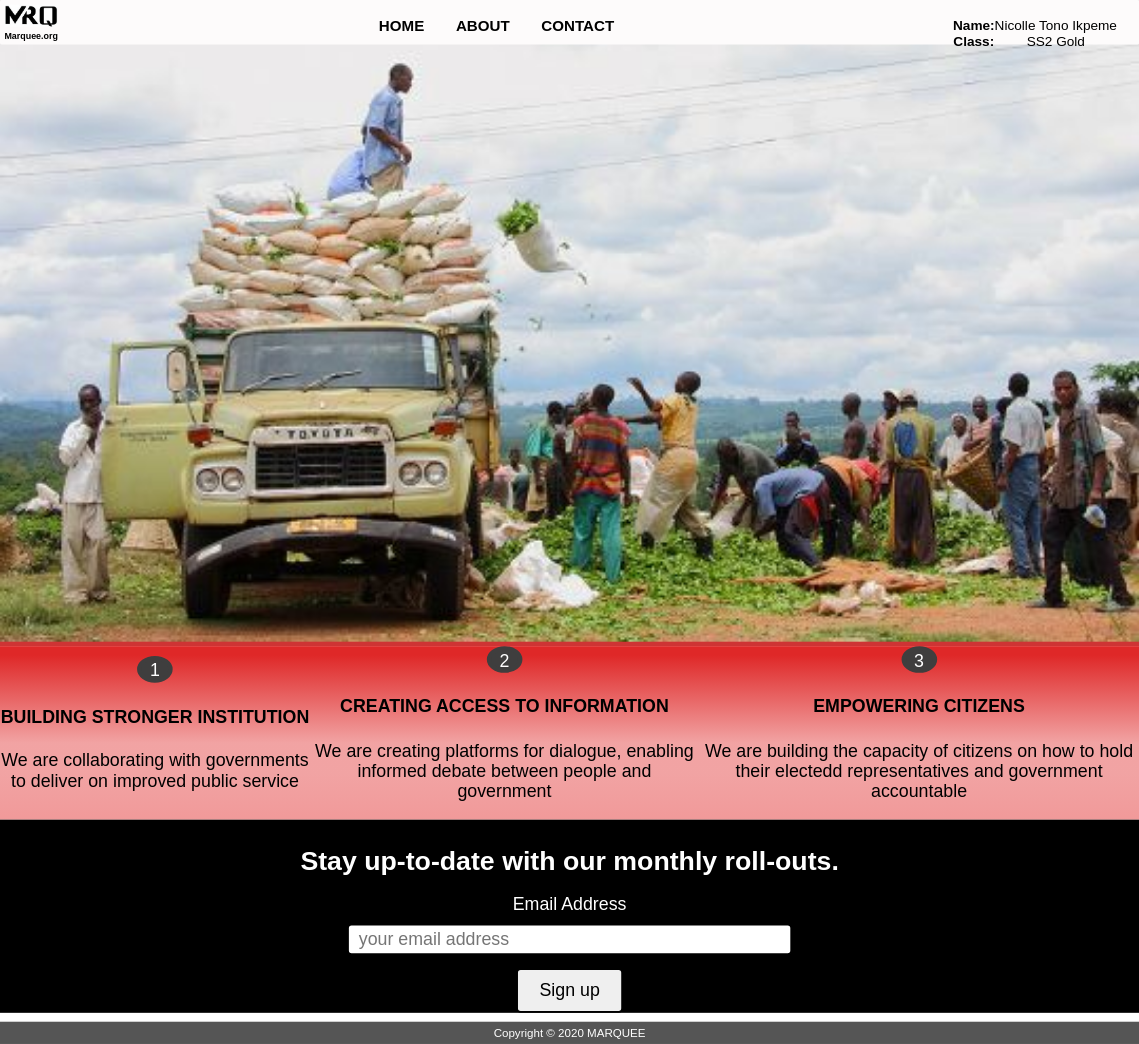
Repository: pboi18/Marquee.org
Page: home.html
These files come from the project's save history. The page is drawn as it stood at one moment and after the next save; the edit follows.
The browser window is 1280 px wide. The pictures show the whole page, at 89% of full size.

Above is the page before, as saved 2020-07-11 23:27:22.

### home.html
<!DOCTYPE html>
<html>
    <head>
        <meta charset="utf-8">
        <link rel="icon" type="image/png" sizes="16x16" href="img/logo.png">
        <title>Marquee</title>

        <link rel="stylesheet" href="style.css" >
        <link rel="stylesheet" href="normalize.css">
        <link rel="stylesheet" href="Grid.css">


    </head>

    <body>
        <div class="main">
            <header>
                <nav>
                    <div class="navbar">
                        <div class="logo">
                            <img src="img/logo2.jpg" alt="MARQUEE" style="width: 60px; height: 25px;">
                            <p style="font-weight:bold; font-size: x-small; margin: 0px;">Marquee.org</p>
                        </div>



                        <ul class="main-nav">
                            <li>
                                <a href="home.html">
                                    Home
                                </a>
                            </li>

                            <li>
                                <a href="about.html">
                                    ABOUT
                                </a>
                            </li>

                            <li>
                                <a href="contact.html">
                                    CONTACT
                                </a>
                            </li>

                            <li style="float: right;">
                                <table class="id">
                                    <tr>
                                        <th>Name:</th>
                                        <td> Nicolle Tono Ikpeme</td>
                                    </tr>

                                    <tr>
                                        <th>Class:</th>
                                        <td> SS2 Gold</td>
                                    </tr>

                                </table>
                            </li>

                        </ul>

                        </div>
                </nav>

                <div style="background-color: rgb(206, 52, 52)">
                    <img src="img/home.jpg" alt="Farmers" style="width: 100%; margin: 0px; height: 100%;">
                </div>

                <table class="wup">
                    <tr>
                        <td style="width: auto;" class="span-1-of-3">
                            <div class="cover">
                                <p class="numb">1</p>
                                <h4 style="text-align: center;  ;">BUILDING STRONGER INSTITUTION</h4>
                                <p style="text-align: center; font-size: 20px; ">We are collaborating with governments to deliver on improved public service</p>
                            </div>
                        </td>

                        <td style="width: auto;" class="span-1-of-3">
                            <div class="cover">
                                <p class="numb">2</p>
                                <h4 style="text-align: center;">CREATING ACCESS TO INFORMATION</h4>
                                <p style="text-align: center; font-size: 20px;">We are creating platforms for dialogue, enabling informed debate between people and government</p>
                            </div>
                        </td>

                        <td style="width: auto;" class="span-1-of-3">
                            <div class="cover">
                                <p class="numb">3</p>
                                <h4 style="text-align: center;">EMPOWERING CITIZENS</h4>
                                <p style="text-align: center; font-size: 20px;">We are building the capacity of citizens on how to hold their electedd representatives and government accountable</p>
                            </div>
                        </td>
                    </tr>
                </table>
            </header>

            <section style="margin-bottom: 10px; background-color: black;" >
                <div class="sec">
                    <h2 style="color: white; padding-top: 30px; padding-bottom: 10px; margin: 0;">Stay up-to-date with our monthly roll-outs.</h2>

                    <form style="text-align: center;">
                    <label style="color: white;">Email Address</label>
                    <input type="email" name="email" placeholder="  your email address" style=" width: 500px; margin: auto; margin-bottom: 15px;" required>
                    <button type="submit" value="SIGN UP" name="sign up" style="width: 120px; height: 50px;">Sign up</button>
                    </form>
                </div>
            </section>
        </div>

        <footer style=" background-color: #555;">
            <P style="color: white; text-align: center; margin: auto; font-size: small; padding: 5px;">
                Copyright &copy; 2020 MARQUEE
            </P>
        </footer>
    </body>
</html>

### style.css
* {
    margin: o;
    padding: 0;
    box-sizing: border-box;
}

html {
    background-color: #fff;
    max-width: 100%;
    font-size: 20px;
    font-weight: 300;
    font-family: Arial, Helvetica, sans-serif;
    text-rendering: optimizeLegibility;
}



h1 {
    margin: 0;
}

label {
    display: block;
    padding: 10px;
}

input {
    display: block;
    width: 100%;
    height: 35px;
    border-radius: 5px;
    border: 2px #000 solid;
}

button {
    border-radius: 5px;
    border: 2px #000 solid;
}

textarea {
    display: block;
    height: 100px;
    width: 100%;
    border: 2px #000 solid;
    border-radius: 5px;
}
/* header {
    background-image: linear-gradient( rgba(0, 0, 0, 0.4), rgba(0, 0, 0, 0.4)), url(img/home.jpg);
    height: 100vh;
    background-size: cover;
    background-position: center;
} */


.logo {
    height: 40px;
    width: 60px;
    float: left;
    margin: 5px;
}

.main-nav {
    list-style: none;
    margin: auto;
    margin-top: 10px;
    text-align: center;


}

.main-nav li {
    display: inline-block;
    margin: 10px 15px;
    font-size: 85%;

}

.main-nav li a:link,
.main-nav li a:visited {
    color: #000;
    text-decoration: none;
    text-transform: uppercase;
    font-weight: bold;
    padding: 3px 0px;
    border-bottom: 3px solid transparent;
    transition: border-bottom 0.2s;
}

.main-nav li a:hover,
.main-nav li a:active {
    border-bottom: 3px solid rgb(158, 0, 0);
}
.id {
    display: inline;
    padding: 10px;
    font-size: 90%;
}

.navbar {
    height: 50px;
    width: 100%;
    display: inline-block;
    border-radius: 2px;
    box-shadow: 0px 3px -1px 2px rgb(190, 189, 189);
    position: fixed;
    background-color: rgb(253, 251, 251);
}

.navbar2 {
    height: 60px;
    width: 100%;
    display: inline-block;
    border-radius: 2px;
    box-shadow: 1px 1px 3px 2px rgb(20, 20, 20);
    /* position: fixed; */
    background-color: rgb(253, 251, 251);
}

.numb {
    border: solid 5px rgb(63, 62, 62);
    text-align: center;
    width: 40px;
    height: 30px;
    align-self: center;
    border-radius: 50%;
    margin: auto;
    background-color: rgb(63, 62, 62);
    color: white;
}
.wup {
    padding-top: 10px;

    background: linear-gradient(180deg, #DF2828 5.21%, rgba(223, 40, 40, 0.427083) 55.73%, rgba(223, 40, 40, 0.427083) 64.06%, rgba(223, 40, 40, 0.427083) 73.44%, rgba(222, 17, 17, 0.427083) 100%, rgba(170, 77, 77, 0) 100%);
}

.cover {
    border-radius: 5px;
    margin: auto;
}

.sec {
    background-color: black;
    width: 100%;
    text-align: center;
    margin-bottom: 500px #000;
}



main {
    margin: auto;
    margin-bottom: 30px;
}

.con {
    width: 90%;
    margin: auto;
    margin-bottom: 50px;
}
.contact {
    text-align: center;
    margin: auto;
    margin-bottom: 50px;
}
.image {
    width: 550px;
    height: 500px;
    float: left;
}

.form2 {
    float: right;
    text-align: left;
    font-size: 85%;
    font-weight: bold;
}

footer {
    background-color: #000;
}

### Grid.css

/*  SECTIONS  ============================================================================= */

.section {
	clear: both;
	padding: 0px;
	margin: 0px;
}

/*  GROUPING  ============================================================================= */

.row {
    zoom: 1; /* For IE 6/7 (trigger hasLayout) */
}

.row:before,
.row:after {
    content:"";
    display:table;
}
.row:after {
    clear:both;
}

/*  GRID COLUMN SETUP   ==================================================================== */

.col {
	display: block;
	float:left;
	margin: 1% 0 1% 1.6%;
}

.col:first-child { margin-left: 0; } /* all browsers except IE6 and lower */


/*  REMOVE MARGINS AS ALL GO FULL WIDTH AT 480 PIXELS */

@media only screen and (max-width: 480px) {
	.col {
		/*margin: 1% 0 1% 0%;*/
        margin: 0;
	}
}


/*  GRID OF TWO   ============================================================================= */


.span-2-of-2 {
	width: 100%;
}

.span-1-of-2 {
	width: 49.2%;
}

/*  GO FULL WIDTH AT LESS THAN 480 PIXELS */

@media only screen and (max-width: 480px) {
	.span-2-of-2 {
		width: 100%;
	}
	.span-1-of-2 {
		width: 100%;
	}
}


/*  GRID OF THREE   ============================================================================= */


.span-3-of-3 {
	width: 100%;
}

.span-2-of-3 {
	width: 66.13%;
}

.span-1-of-3 {
	width: 32.26%;
}


/*  GO FULL WIDTH AT LESS THAN 480 PIXELS */

@media only screen and (max-width: 480px) {
	.span-3-of-3 {
		width: 100%;
	}
	.span-2-of-3 {
		width: 100%;
	}
	.span-1-of-3 {
		width: 100%;
	}
}

/*  GRID OF FOUR   ============================================================================= */


.span-4-of-4 {
	width: 100%;
}

.span-3-of-4 {
	width: 74.6%;
}

.span-2-of-4 {
	width: 49.2%;
}

.span-1-of-4 {
	width: 23.8%;
}


/*  GO FULL WIDTH AT LESS THAN 480 PIXELS */

@media only screen and (max-width: 480px) {
	.span-4-of-4 {
		width: 100%;
	}
	.span-3-of-4 {
		width: 100%;
	}
	.span-2-of-4 {
		width: 100%;
	}
	.span-1-of-4 {
		width: 100%;
	}
}


/*  GRID OF FIVE   ============================================================================= */


.span-5-of-5 {
	width: 100%;
}

.span-4-of-5 {
  	width: 79.68%;
}

.span-3-of-5 {
  	width: 59.36%;
}

.span-2-of-5 {
  	width: 39.04%;
}

.span-1-of-5 {
  	width: 18.72%;
}


/*  GO FULL WIDTH AT LESS THAN 480 PIXELS */

@media only screen and (max-width: 480px) {
	.span-5-of-5 {
		width: 100%;
	}
	.span-4-of-5 {
		width: 100%;
	}
	.span-3-of-5 {
		width: 100%;
	}
	.span-2-of-5 {
		width: 100%;
	}
	.span-1-of-5 {
		width: 100%;
	}
}


/*  GRID OF SIX   ============================================================================= */


.span-6-of-6 {
	width: 100%;
}

.span-5-of-6 {
  	width: 83.06%;
}

.span-4-of-6 {
  	width: 66.13%;
}

.span-3-of-6 {
  	width: 49.2%;
}

.span-2-of-6 {
  	width: 32.26%;
}

.span-1-of-6 {
  	width: 15.33%;
}


/*  GO FULL WIDTH AT LESS THAN 480 PIXELS */

@media only screen and (max-width: 480px) {
	.span-6-of-6 {
		width: 100%;
	}
	.span-5-of-6 {
		width: 100%;
	}
	.span-4-of-6 {
		width: 100%;
	}
	.span-3-of-6 {
		width: 100%;
	}
	.span-2-of-6 {
		width: 100%;
	}
	.span-1-of-6 {
		width: 100%;
	}
}



/*  GRID OF SEVEN   ============================================================================= */


.span-7-of-7 {
	width: 100%;
}

.span-6-of-7 {
	width: 85.48%;
}

.span-5-of-7 {
  	width: 70.97%;
}

.span-4-of-7 {
  	width: 56.45%;
}

.span-3-of-7 {
  	width: 41.94%;
}

.span-2-of-7 {
  	width: 27.42%;
}

.span-1-of-7 {
  	width: 12.91%;
}


/*  GO FULL WIDTH AT LESS THAN 480 PIXELS */

@media only screen and (max-width: 480px) {
	.span-7-of-7 {
		width: 100%;
	}
	.span-6-of-7 {
		width: 100%;
	}
	.span-5-of-7 {
		width: 100%;
	}
	.span-4-of-7 {
		width: 100%;
	}
	.span-3-of-7 {
		width: 100%;
	}
	.span-2-of-7 {
		width: 100%;
	}
	.span-1-of-7 {
		width: 100%;
	}
}


/*  GRID OF EIGHT   ============================================================================= */


.span-8-of-8 {
	width: 100%;
}

.span-7-of-8 {
	width: 87.3%;
}

.span-6-of-8 {
	width: 74.6%;
}

.span-5-of-8 {
	width: 61.9%;
}

.span-4-of-8 {
	width: 49.2%;
}

.span-3-of-8 {
	width: 36.5%;
}

.span-2-of-8 {
	width: 23.8%;
}

.span-1-of-8 {
	width: 11.1%;
}


/*  GO FULL WIDTH AT LESS THAN 480 PIXELS */

@media only screen and (max-width: 480px) {
	.span-8-of-8 {
		width: 100%;
	}
	.span-7-of-8 {
		width: 100%;
	}
	.span-6-of-8 {
		width: 100%;
	}
	.span-5-of-8 {
		width: 100%;
	}
	.span-4-of-8 {
		width: 100%;
	}
	.span-3-of-8 {
		width: 100%;
	}
	.span-2-of-8 {
		width: 100%;
	}
	.span-1-of-8 {
		width: 100%;
	}
}


/*  GRID OF NINE   ============================================================================= */


.span-9-of-9 {
	width: 100%;
}

.span-8-of-9 {
	width: 88.71%;
}

.span-7-of-9 {
	width: 77.42%;
}

.span-6-of-9 {
	width: 66.13%;
}

.span-5-of-9 {
	width: 54.84%;
}

.span-4-of-9 {
	width: 43.55%;
}

.span-3-of-9 {
	width: 32.26%;
}

.span-2-of-9 {
	width: 20.97%;
}

.span-1-of-9 {
	width: 9.68%;
}


/*  GO FULL WIDTH AT LESS THAN 480 PIXELS */

@media only screen and (max-width: 480px) {
	.span-9-of-9 {
		width: 100%;
	}
	.span-8-of-9 {
		width: 100%;
	}
	.span-7-of-9 {
		width: 100%;
	}
	.span-6-of-9 {
		width: 100%;
	}
	.span-5-of-9 {
		width: 100%;
	}
	.span-4-of-9 {
		width: 100%;
	}
	.span-3-of-9 {
		width: 100%;
	}
	.span-2-of-9 {
		width: 100%;
	}
	.span-1-of-9 {
		width: 100%;
	}
}


/*  GRID OF TEN   ============================================================================= */


.span-10-of-10 {
	width: 100%;
}

.span-9-of-10 {
	width: 89.84%;
}

.span-8-of-10 {
	width: 79.68%;
}

.span-7-of-10 {
	width: 69.52%;
}

.span-6-of-10 {
	width: 59.36%;
}

.span-5-of-10 {
	width: 49.2%;
}

.span-4-of-10 {
	width: 39.04%;
}

.span-3-of-10 {
	width: 28.88%;
}

.span-2-of-10 {
	width: 18.72%;
}

.span-1-of-10 {
	width: 8.56%;
}


/*  GO FULL WIDTH AT LESS THAN 480 PIXELS */

@media only screen and (max-width: 480px) {
	.span-10-of-10 {
		width: 100%;
	}
	.span-9-of-10 {
		width: 100%;
	}
	.span-8-of-10 {
		width: 100%;
	}
	.span-7-of-10 {
		width: 100%;
	}
	.span-6-of-10 {
		width: 100%;
	}
	.span-5-of-10 {
		width: 100%;
	}
	.span-4-of-10 {
		width: 100%;
	}
	.span-3-of-10 {
		width: 100%;
	}
	.span-2-of-10 {
		width: 100%;
	}
	.span-1-of-10 {
		width: 100%;
	}
}


/*  GRID OF ELEVEN   ============================================================================= */

.span-11-of-11 {
	width: 100%;
}

.span-10-of-11 {
	width: 90.76%;
}

.span-9-of-11 {
	width: 81.52%;
}

.span-8-of-11 {
	width: 72.29%;
}

.span-7-of-11 {
	width: 63.05%;
}

.span-6-of-11 {
	width: 53.81%;
}

.span-5-of-11 {
	width: 44.58%;
}

.span-4-of-11 {
	width: 35.34%;
}

.span-3-of-11 {
	width: 26.1%;
}

.span-2-of-11 {
	width: 16.87%;
}

.span-1-of-11 {
	width: 7.63%;
}


/*  GO FULL WIDTH AT LESS THAN 480 PIXELS */

@media only screen and (max-width: 480px) {
	.span-11-of-11 {
		width: 100%;
	}
	.span-10-of-11 {
		width: 100%;
	}
	.span-9-of-11 {
		width: 100%;
	}
	.span-8-of-11 {
		width: 100%;
	}
	.span-7-of-11 {
		width: 100%;
	}
	.span-6-of-11 {
		width: 100%;
	}
	.span-5-of-11 {
		width: 100%;
	}
	.span-4-of-11 {
		width: 100%;
	}
	.span-3-of-11 {
		width: 100%;
	}
	.span-2-of-11 {
		width: 100%;
	}
	.span-1-of-11 {
		width: 100%;
	}
}


/*  GRID OF TWELVE   ============================================================================= */

.span-12-of-12 {
	width: 100%;
}

.span-11-of-12 {
	width: 91.53%;
}

.span-10-of-12 {
	width: 83.06%;
}

.span-9-of-12 {
	width: 74.6%;
}

.span-8-of-12 {
	width: 66.13%;
}

.span-7-of-12 {
	width: 57.66%;
}

.span-6-of-12 {
	width: 49.2%;
}

.span-5-of-12 {
	width: 40.73%;
}

.span-4-of-12 {
	width: 32.26%;
}

.span-3-of-12 {
	width: 23.8%;
}

.span-2-of-12 {
	width: 15.33%;
}

.span-1-of-12 {
	width: 6.86%;
}


/*  GO FULL WIDTH AT LESS THAN 480 PIXELS */

@media only screen and (max-width: 480px) {
	.span-12-of-12 {
		width: 100%;
	}
	.span-11-of-12 {
		width: 100%;
	}
	.span-10-of-12 {
		width: 100%;
	}
	.span-9-of-12 {
		width: 100%;
	}
	.span-8-of-12 {
		width: 100%;
	}
	.span-7-of-12 {
		width: 100%;
	}
	.span-6-of-12 {
		width: 100%;
	}
	.span-5-of-12 {
		width: 100%;
	}
	.span-4-of-12 {
		width: 100%;
	}
	.span-3-of-12 {
		width: 100%;
	}
	.span-2-of-12 {
		width: 100%;
	}
	.span-1-of-12 {
		width: 100%;
	}
}

Loaded but not shown: normalize.css (library)

After the next save:
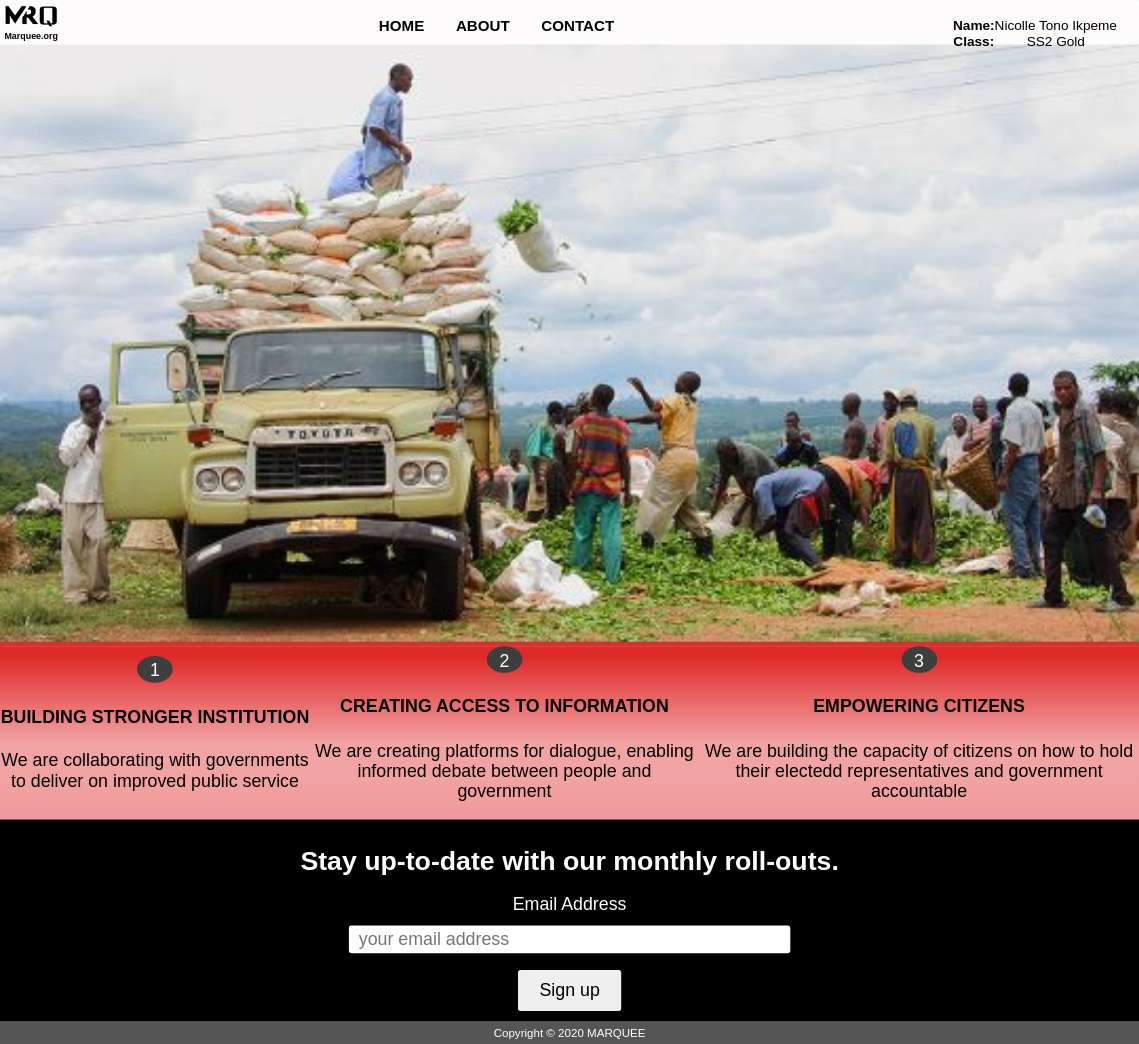
Saved 89 s later.
--- a/home.html
+++ b/home.html
@@ -96,7 +96,7 @@
                 </table>
             </header>
 
-            <section style="margin-bottom: 10px; background-color: black;" >
+            <section style="padding-bottom: 10px; background-color: black;" >
                 <div class="sec">
                     <h2 style="color: white; padding-top: 30px; padding-bottom: 10px; margin: 0;">Stay up-to-date with our monthly roll-outs.</h2>
 

After the save that followed:
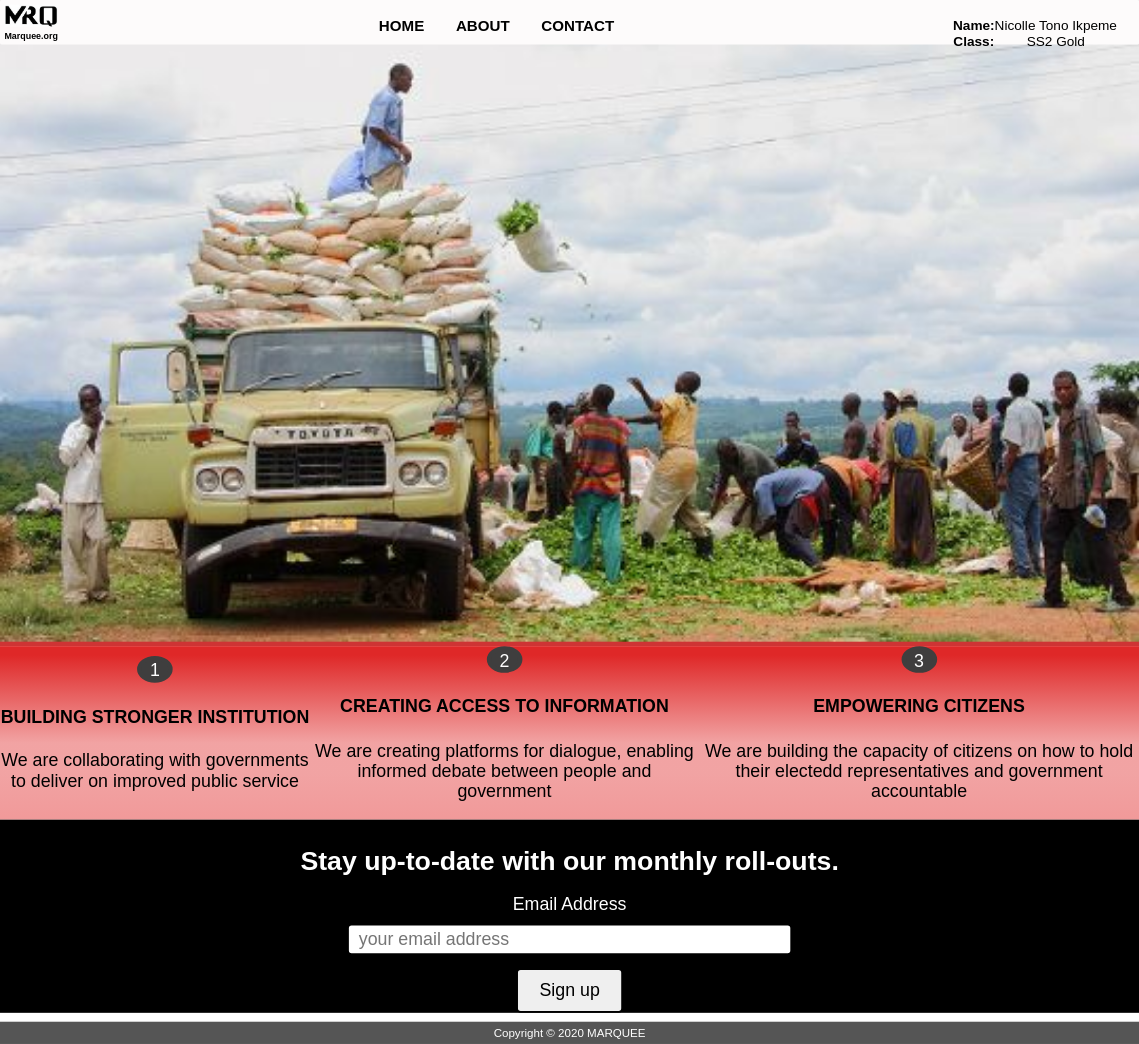
Saved 10 s later.
--- a/home.html
+++ b/home.html
@@ -96,7 +96,7 @@
                 </table>
             </header>
 
-            <section style="padding-bottom: 10px; background-color: black;" >
+            <section style="padding-bottom: 10px; " >
                 <div class="sec">
                     <h2 style="color: white; padding-top: 30px; padding-bottom: 10px; margin: 0;">Stay up-to-date with our monthly roll-outs.</h2>
 
